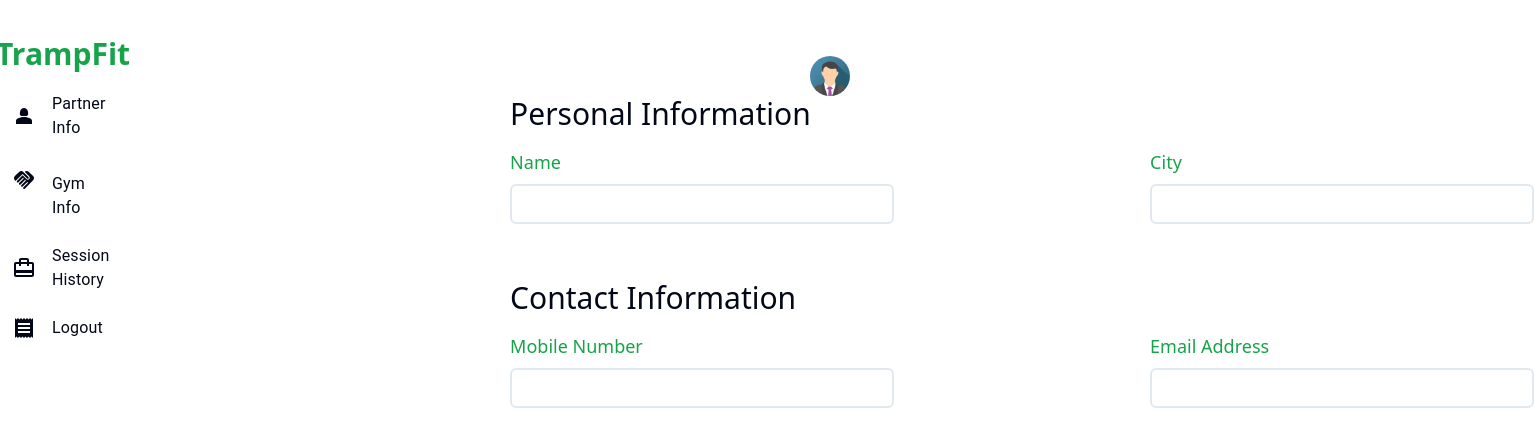
Repository: ezioxatul/TrampFit-Website
Page: /partner/partnerDashboard/partnerInfo (app in Frontend/)
An editor plug-in stored every save of this project. The page is shown before and after the next save, followed by the edit.
The browser window is 1280 px wide. The page is 1534 px wide, so the pictures cover 1534 px, including what lies to the right of the window. The pictures show the whole page.
The project was rebuilt for these pictures with package versions that can differ from the ones it lists, and the page was loaded fresh each time. The framework's server and built-in components were replaced by stand-ins that run in the browser. Also part of the build but not shown: Frontend/next.config.js, Frontend/next.config.mjs, Frontend/components/Loader.js, Frontend/components/Popup.js.

Above is the page before, as saved 2024-05-16 17:27:53.

After the next save:
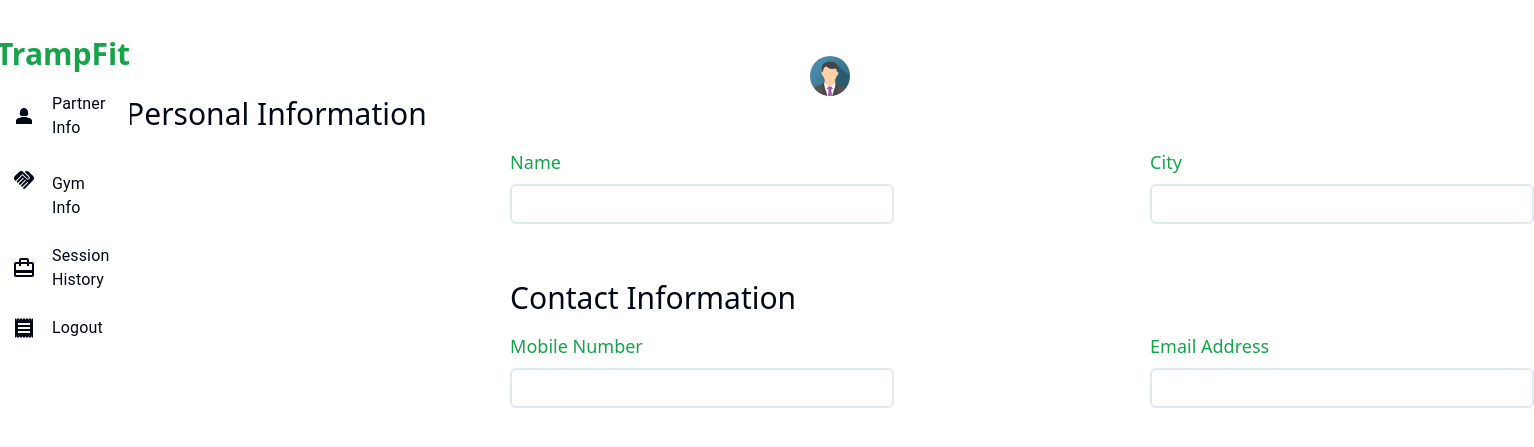
Saved 48 s later.
--- a/Frontend/pages/partner/partnerDashboard/partnerInfo.js
+++ b/Frontend/pages/partner/partnerDashboard/partnerInfo.js
@@ -20,7 +20,7 @@
           </div>
         </div>
         <div>
-          <h1 className=" ml-96 text-3xl mb-4 ">Personal Information</h1>
+          <h1 className=" ml-90 text-3xl mb-4 ">Personal Information</h1>
           <div className="flex ml-96 mb-10">
             <div className="mr-32 space-y-2">
               <Label

After the save that followed:
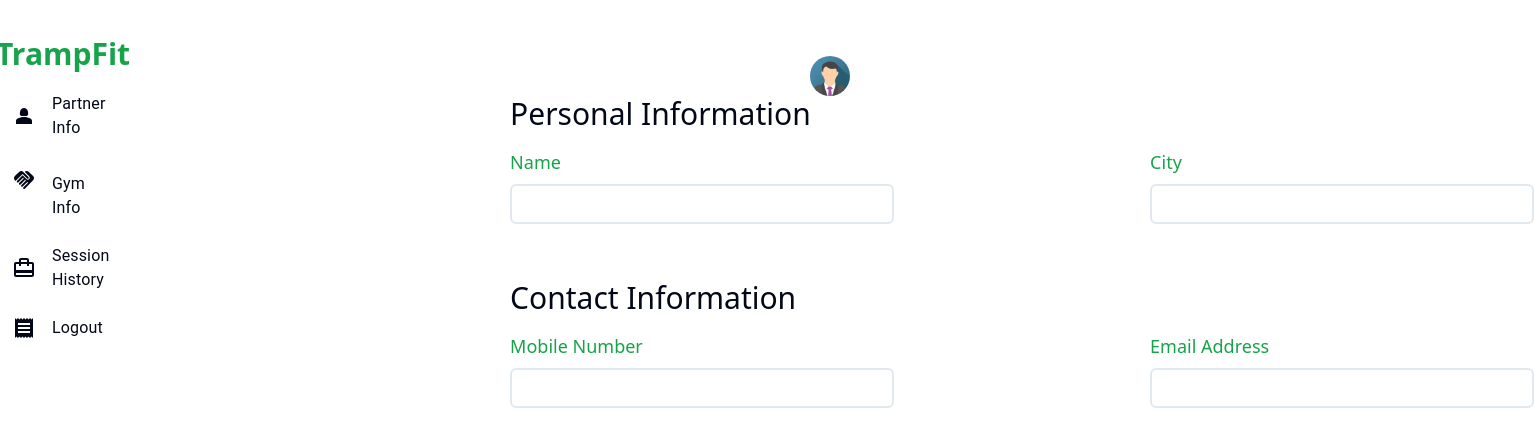
Saved 9 s later.
--- a/Frontend/pages/partner/partnerDashboard/partnerInfo.js
+++ b/Frontend/pages/partner/partnerDashboard/partnerInfo.js
@@ -20,7 +20,7 @@
           </div>
         </div>
         <div>
-          <h1 className=" ml-90 text-3xl mb-4 ">Personal Information</h1>
+          <h1 className=" ml-96 text-3xl mb-4 ">Personal Information</h1>
           <div className="flex ml-96 mb-10">
             <div className="mr-32 space-y-2">
               <Label
